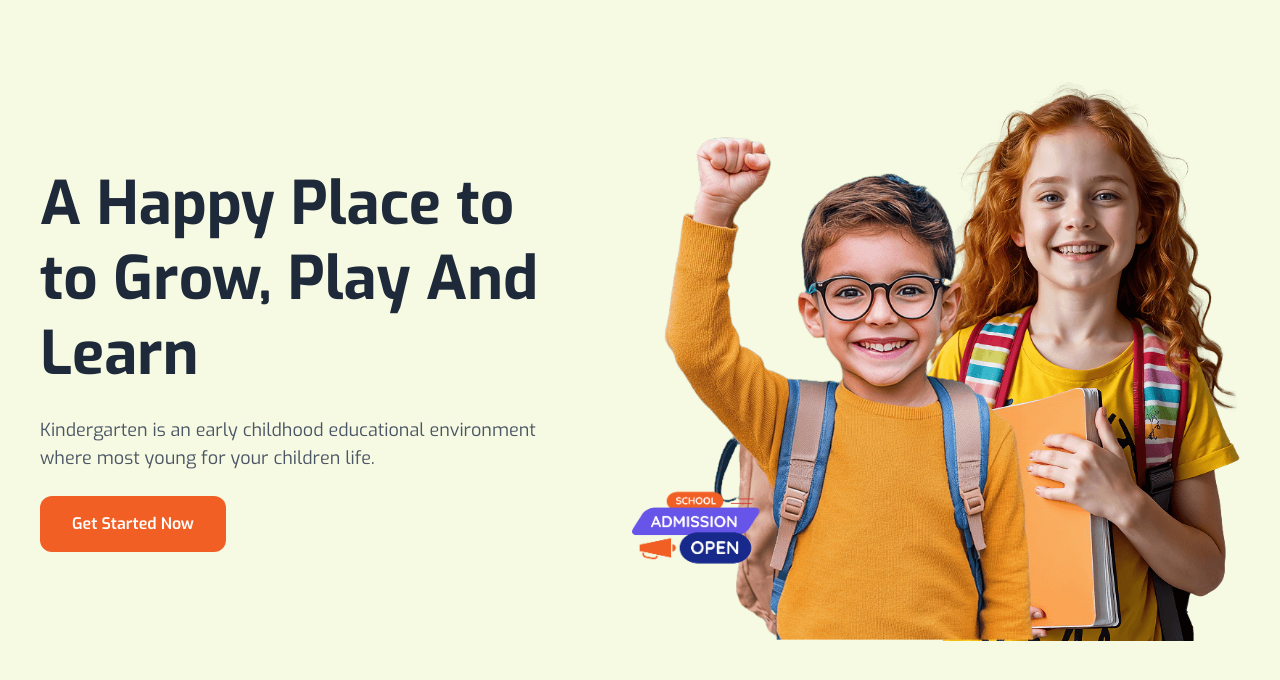
Repository: deepak445566/school
Page: / (app in okwork/)
The author's editor kept a copy of each file at every save. The page is drawn from the files as they stood at one save, then again after the next save.
The browser window is 1280 px wide. The pictures show the whole page.
Some web fonts or font styles are not loaded; a fallback is used. The project was rebuilt for these pictures with package versions that can differ from the ones it lists, and the page was loaded fresh each time. Some packages were replaced by stand-ins written for this rebuild. Also part of the build but not shown: okwork/vite.config.js.

Above is the page before, as saved 2026-02-18 16:34:56.

### okwork/index.html
<!doctype html>
<html lang="en">
  <head>
    <meta charset="UTF-8" />
    <link rel="icon" type="image/svg+xml" href="/vite.svg" />
    <meta name="viewport" content="width=device-width, initial-scale=1.0" />
    <title>okwork</title>
    <link rel="preconnect" href="https://fonts.googleapis.com">
<link rel="preconnect" href="https://fonts.gstatic.com" crossorigin>
<link href="https://fonts.googleapis.com/css2?family=Abril+Fatface&family=Alan+Sans:wght@300..900&family=Big+Shoulders:opsz,wght@10..72,100..900&family=Exo+2:ital,wght@0,100..900;1,100..900&family=Exo:ital,wght@0,100..900;1,100..900&family=Montserrat:ital,wght@0,100..900;1,100..900&family=Orbitron:wght@400..900&family=Poppins:ital,wght@0,100;0,200;0,300;0,400;0,500;0,600;0,700;0,800;0,900;1,100;1,200;1,300;1,400;1,500;1,600;1,700;1,800;1,900&family=Prata&family=Rajdhani:wght@300;400;500;600;700&display=swap" rel="stylesheet">
  </head>
  <body>
    <div id="root"></div>
    <script type="module" src="/src/main.jsx"></script>
  </body>
</html>

### okwork/src/index.css
@import "tailwindcss";


.exo {
  font-family: "Exo", sans-serif;

  font-style: normal;
}

### okwork/src/App.jsx
import React from 'react'
import Home from './components/Home'

function App() {
  return (
    <>
    <Home/>


    </>
  )
}

export default App

### okwork/src/components/Home.jsx
import React from "react";

const Home = () => {
  // Image URL - using a high-quality free image
  const imageUrl =
    "/images/hero1.png";
  const kalagiImageUrl = "/images/text.png";
  return (
    <div className="min-h-screen bg-[#F7FAE2] overflow-hidden exo">
      {/* Main container - centered with responsive padding */}
      <div className="container mx-auto px-6 py-12 md:px-12 lg:px-10 min-h-screen flex items-center">

        {/* Flex container: column on mobile, row on desktop */}
        <div className="flex flex-col md:flex-row items-center gap-12 lg:gap-5 w-full">

          {/* LEFT SECTION: 40% width */}
          <div className="w-full md:w-[45%] text-center md:text-left space-y-6 md:space-y-6">
            {/* Heading with gradient effect */}
            <h1 className="text-4xl text-gray-800 md:text-5xl lg:text-6xl font-bold leading-tight exo">
             A Happy Place to
              <br />
              <span className="text-gray-800">to Grow, Play And </span>
              <br />
              <span className="text-gray-800">   Learn</span>
            </h1>

            {/* Paragraph description */}
            <p className="text-lg md:text-lg text-gray-600 max-w-2xl mx-auto md:mx-0">
           Kindergarten is an early childhood educational environment where
most young for your children life.
            </p>

            {/* Button with hover effects */}
            <div className="flex justify-center md:justify-start">
              <button className="group relative px-8 py-4 bg-[#F15F25] text-white font-semibold rounded-xl float hover:shadow-xl hover:transform hover:-translate-y-1 transition-all duration-300 ease-in-out">
                <span className="relative z-10">Get Started Now</span>
              </button>
            </div>
          </div>

          {/* RIGHT SECTION: 60% width */}
          <div className="w-full md:w-[55%] flex justify-center md:justify-end">
            <div className="relative w-full max-w-md lg:max-w-xl">
              {/* Main image */}
              <img
                src={imageUrl}
                alt="Team collaboration in modern workspace"
                className="relative z-10 w-full h-auto rounded-2xl object-cover "
              />
               <img
                src={kalagiImageUrl}
                alt="Decorative element"
                className="absolute bottom-0 left-0 z-20 w-24 h-24 md:w-32 md:h-32 object-contain -translate-x-4 -translate-y-4 animate-bounce-slow"
              />
            </div>
          </div>
        </div>
      </div>

      {/* Add custom animation keyframes */}
       <style jsx>{`
        @keyframes blob {
          0% { transform: translate(0px, 0px) scale(1); }
          33% { transform: translate(30px, -50px) scale(1.1); }
          66% { transform: translate(-20px, 20px) scale(0.9); }
          100% { transform: translate(0px, 0px) scale(1); }
        }

        @keyframes float {
          0% {
            transform: translateY(0px);
          }
          50% {
            transform: translateY(-20px);
          }
          100% {
            transform: translateY(0px);
          }
        }

        @keyframes bounce-slow {
          0%, 100% {
            transform: translate(-1rem, -1rem) translateY(0);
          }
          50% {
            transform: translate(-1rem, -1rem) translateY(-20px);
          }
        }

        .animate-blob {
          animation: blob 7s infinite;
        }

        .animate-float {
          animation: float 6s ease-in-out infinite;
        }

        .animate-bounce-slow {
          animation: bounce-slow 4s ease-in-out infinite;
        }

        .animation-delay-2000 {
          animation-delay: 2s;
        }
      `}</style>
    </div>
  );
};

export default Home;

Loaded but not shown: okwork/src/main.jsx (common file)

After the next save:
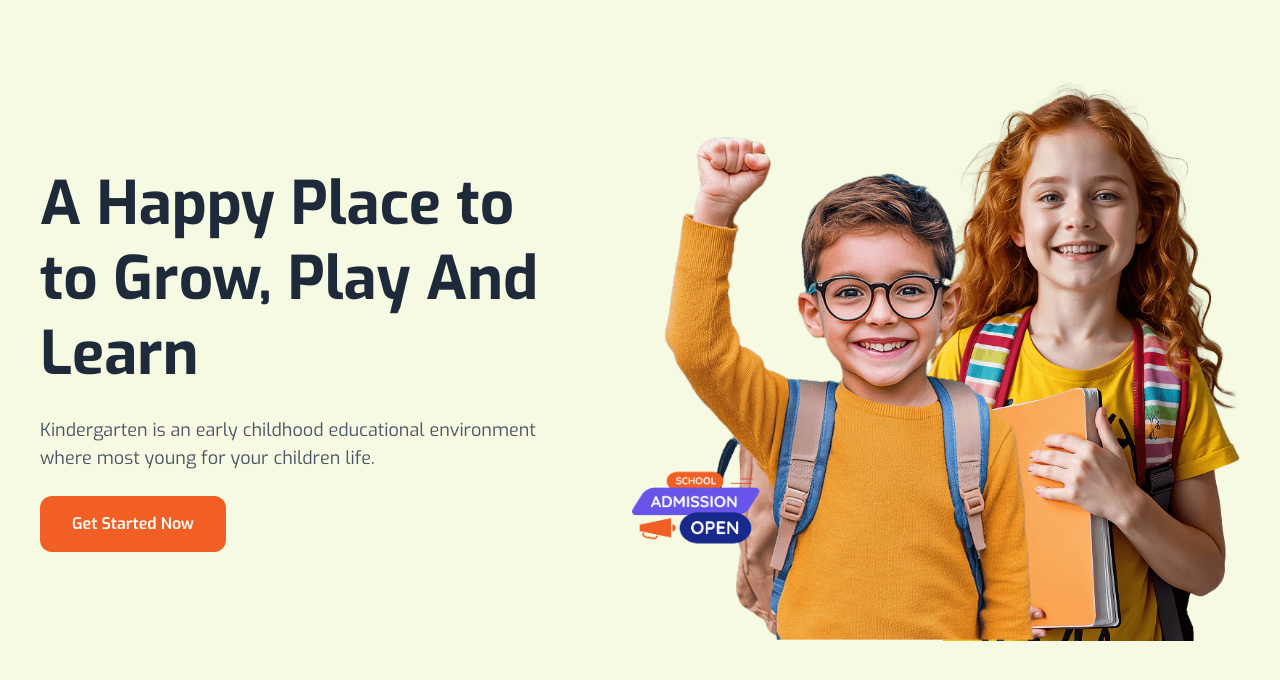
Saved 10 s later.
--- a/okwork/src/components/Home.jsx
+++ b/okwork/src/components/Home.jsx
@@ -50,7 +50,7 @@ most young for your children life.
                <img
                 src={kalagiImageUrl}
                 alt="Decorative element"
-                className="absolute bottom-0 left-0 z-20 w-24 h-24 md:w-32 md:h-32 object-contain -translate-x-4 -translate-y-4 animate-bounce-slow"
+                className="absolute bottom-0 left-0 z-20 w-24 h-24 md:w-32 md:h-42 object-contain -translate-x-4 -translate-y-4 animate-bounce-slow"
               />
             </div>
           </div>
